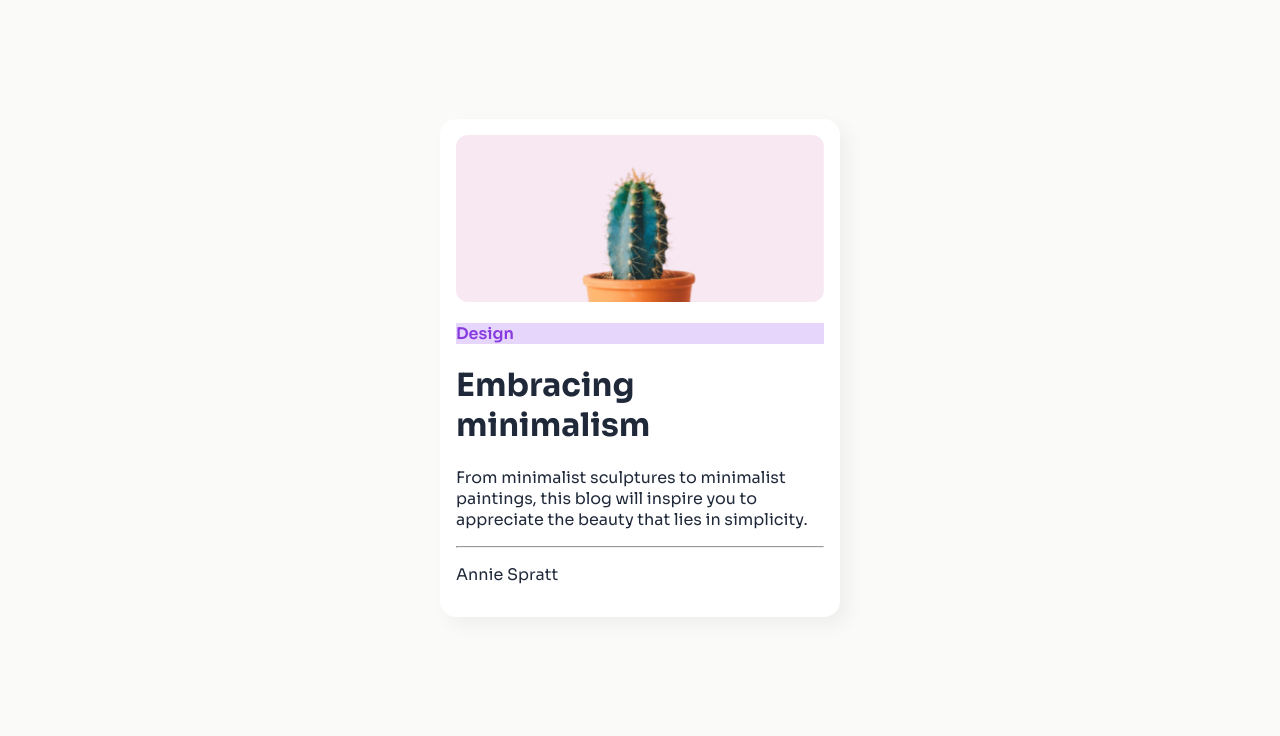
Repository: PCGP22/devChallengesio
Page: 01 - Minimal Blog Card/blogCard.html
An editor plug-in stored every save of this project. The page is shown before and after the next save, followed by the edit.
The browser window is 1280 px wide. The pictures show the whole page.

Above is the page before, as saved 2024-01-01 19:58:14.

### 01 - Minimal Blog Card/blogCard.html
<!DOCTYPE html>
<html lang="en">
<head>
    <link rel="stylesheet" type="text/css" href="styles.css">
    <meta charset="UTF-8">
    <meta name="viewport" content="width=device-width, initial-scale=1.0">
    <title>Document</title>
</head>
<body>
    <div class="card">
        <img src="./cactus_img.jpg" alt="cactus image">
        <p class="tag">Design</p>
        <h1>Embracing minimalism</h1>
        <p>From minimalist sculptures to minimalist paintings, this blog will inspire you to appreciate the beauty that lies in simplicity.</p>
        <hr/>
        <p>Annie Spratt</p>
    </div>
</body>
</html>

### 01 - Minimal Blog Card/styles.css
@import url('https://fonts.googleapis.com/css2?family=Prata&family=Sora:wght@400;500;600;700&display=swap');

:root{
    --purple_text: #883AE1;
    --purple_background: #E6D6FC;
    --line: #E5EAF0;
    --body_background: #FAFAF9;
    --card_background: #FFFFFF;
    --text_title: #20293A;
    --text_body: #6C727F;
    --shadow: #efefee;

    --card_width: 368px;

    font-family: 'Sora', sans-serif;;
    color: var(--text_title);
}

body{
    background-color: var(--body_background);
    display: grid;
    place-content: center;
    min-height: 100svh;
}

.card{
    background-color: var(--card_background);
    padding: 16px;
    max-width: var(--card_width);
    border-radius: 16px;
    box-shadow: var(--shadow) 8px 8px 16px;
}

.card img{
    width: 100%;
    border-radius: 12px;
}

.tag{
    background-color: var(--purple_background);
    color: var(--purple_text);
    font-weight: 600 ;
}

After the next save:
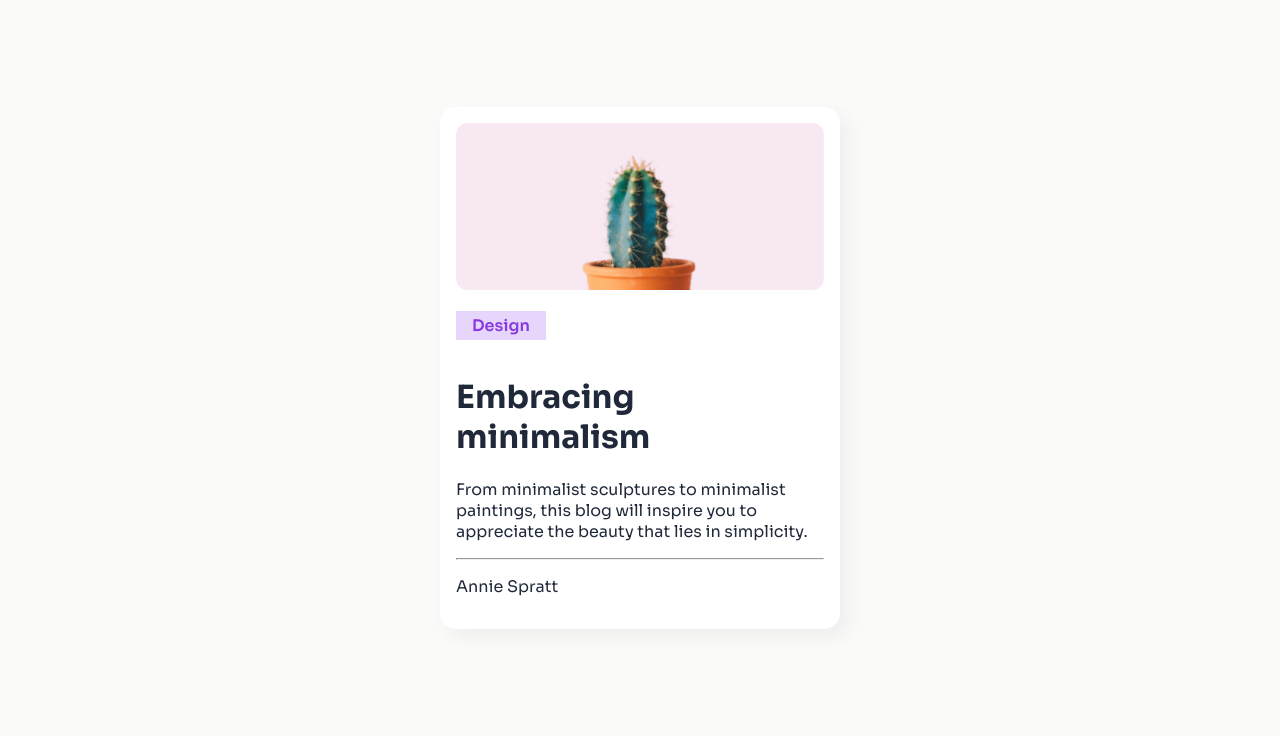
Saved 80 s later.
--- a/01 - Minimal Blog Card/styles.css
+++ b/01 - Minimal Blog Card/styles.css
@@ -37,7 +37,9 @@ body{
 }
 
 .tag{
+    display: inline-block;
     background-color: var(--purple_background);
     color: var(--purple_text);
-    font-weight: 600 ;
+    font-weight: 600;
+    padding: 4px 16px;
 }
